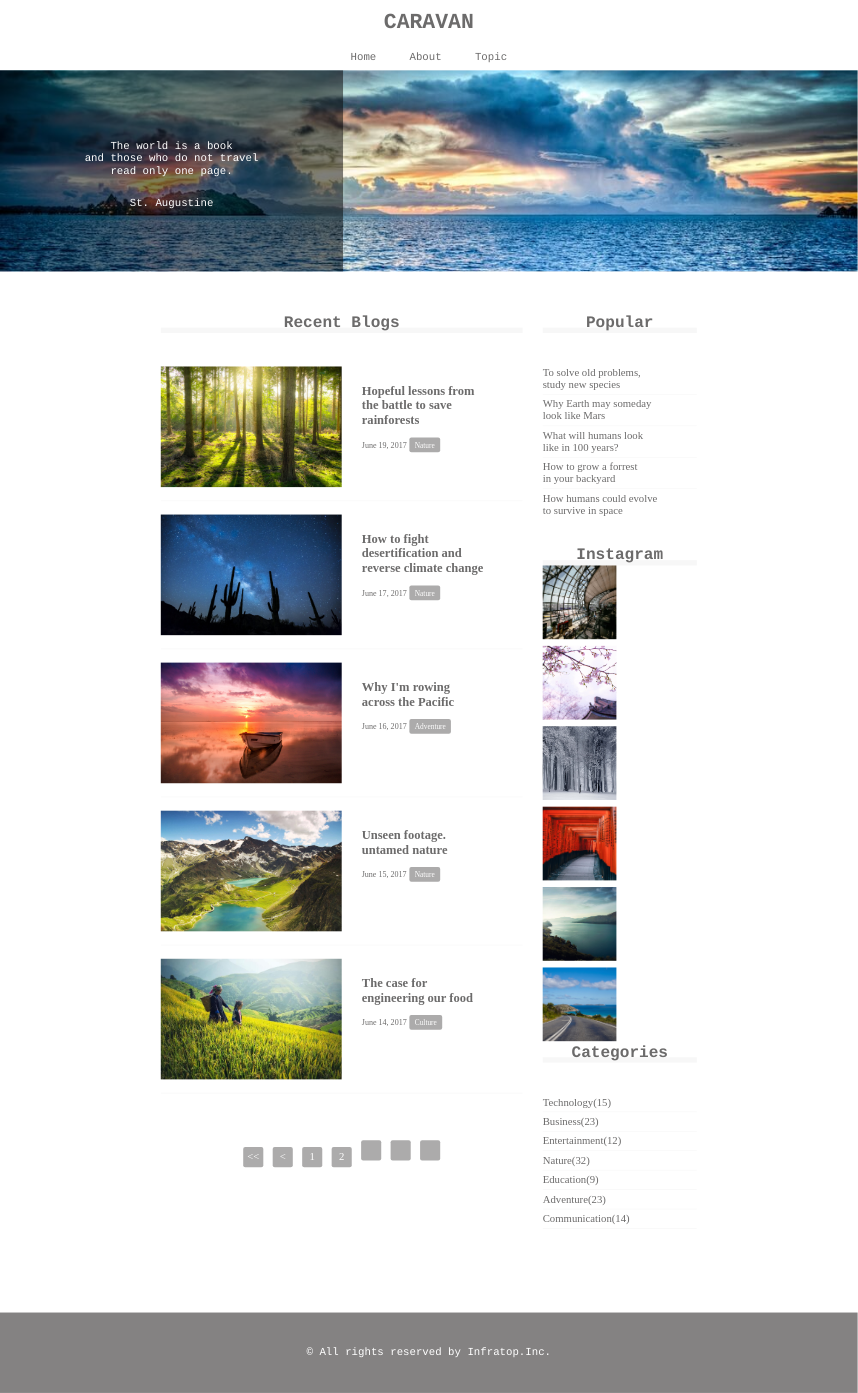
Repository: chihuyu3369/curriculum
Page: caravan/index.html
The author's editor kept a record of every edit. The page is drawn from the files as they stood at one moment, then again after the next edit.
The browser window is 1280 px wide. The pictures show the whole page, at 67% of full size.

Above is the page before.

### caravan/index.html
<html lang="ja">
  <head>
    <meta charset="UTF-8" />
    <!-- CSSファイルの読み込み -->
    <link rel="stylesheet" href="style.css" />
    <title>CARAVAN</title>
  </head>

  <body>
    <!-- header -->
    <header>
      <h1 class="heading">
        <a href="index.html">
          CARAVAN
        </a>
      </h1>
    </header>

    <!-- navigation -->
    <nav>
      <ul class="nav-list">
        <li class="nav-list-item">
          <a href="index.html">Home</a>
        </li>
          <li class="nav-list-item">About</li>
        <li class="nav-list-item">Topic</li>
      </ul>
    </nav>

    <!-- main-visual用のdiv -->
    <div class="main-visual">
      <div class="main-visual-content">

    <p class="main-visual-text">
      The world is a book<br />
      and those who do not travel<br />
      read only one page.
    </p>
    <p class="main-visual-name">
      St. Augustine
    </p>
    </div>
  </div>

    <!-- main用のdiv -->
   <main>
     <section class="blog">
       <h2 class="blog-heading">Recent Blogs</h2>
      <div class="blog-box">
       <div class="blog-item">
         <img class="blog-image" src="img/forest.jpg">
         <section class="blog-text">
           <h3 class="blog-text-heading">
             <a href="single.html">
               Hopeful lessons from<br>
               the battle to save<br>
               rainforests
              </a>
            </h3>
            <p class="blog-date">June 19, 2017</p>
            <span class="category">Nature</span>
          </section>
        </div>
       <div class="blog-item">
         <img class="blog-image" src="img/desert.jpg">
         <section class="blog-text">
           <h3 class="blog-text-heading">
             <a href="single.html">
               How to fight<br>
               desertification and<br>
               reverse climate change
              </a>
            </h3>
            <p class="blog-date">June 17, 2017</p>
            <span class="category">Nature</span>
          </section>
        </div>
       <div class="blog-item">
         <img class="blog-image" src="img/sunset.jpg">
         <section class="blog-text">
           <h3 class="blog-text-heading">
             <a href="single.html">
               Why I'm rowing<br>
               across the Pacific
              </a>
            </h3>
            <p class="blog-date">June 16, 2017</p>
            <span class="category">Adventure</span>
          </section>
          </div>
       <div class="blog-item">
         <img class="blog-image" src="img/italy.jpg">
         <section class="blog-text">
           <h3 class="blog-text-heading">
             <a href="single.html">
               Unseen footage.<br>
               untamed nature
              </a>
            </h3>
            <p class="blog-date">June 15, 2017</p>
            <span class="category">Nature</span>
          </section>
          </div>
       <div class="blog-item">
         <img class="blog-image" src="img/asia.jpg">
         <section class="blog-text">
           <h3 class="blog-text-heading">
             <a href="single.html">
               The case for<br>
               engineering our food
              </a>
            </h3>
            <p class="blog-date">June 14, 2017</p>
            <span class="category">Culture</span>
          </section>
          </div>
         </div>
          <div class="pagination">
            <p><<</p>
            <p><</p>
            <p>1</p>
            <p>2</p>
            <p></p>
            <p></p>
            <p></p>
     </section>
     <div class="sidebar">
       <section class="popular">
         <h2 class="popular-heading common-heading">Popular</h2>
         <div class="sidebar-contents">
           <p class="popular-text">To solve old problems,<br>
           study new species</p>
           <p class="popular-text">Why Earth may someday<br>
           look like Mars</p>
           <p class="popular-text">What will humans look<br>
           like in 100 years?</p>
           <p class="popular-text">How to grow a forrest<br>
           in your backyard</p>
           <p class="popular-text">How humans could evolve<br>
           to survive in space</p>
          </div>
        </section>
        <section class="instagram">
          <h2 class="instagram-heading common-heading">Instagram</h2>
          <div class="sidebar-contens">
            <div class="instagram-box"></div>
            <div class="instagram-box"></div>
            <div class="instagram-box"></div>
            <div class="instagram-box"></div>
            <div class="instagram-box"></div>
            <div class="instagram-box"></div>
          </div>
        </section>
        <section class="categories">
          <h2 class="categories-heading common-heading">Categories</h2>
          <div class="sidebar-contents">
            <p class="categories-text">Technology(15)</p>
            <p class="categories-text">Business(23)</p>
            <p class="categories-text">Entertainment(12)</p>
            <p class="categories-text">Nature(32)</p>
            <p class="categories-text">Education(9)</p>
            <p class="categories-text">Adventure(23)</p>
            <p class="categories-text">Communication(14)</p>
          </div>
        </section>
      </div>
    </main>

    <!-- footer -->
    <footer>
      <p class="footer-text">© All rights reserved by Infratop.Inc.</p>
    </footer>
  </body>
</html>

### caravan/style.css
* {
  margin: 0;
  padding: 0;
  box-sizing: border-box;
  color: #6c6b6b;
}

a {
  text-decoration: none;
}

header,nav,h2,.main-visual,footer {
  font-family: Chalkduster, "Bradley Hnnd", Courier, "Segoe Print", sans-serif;
}

header {
  width: 90%; /* 横幅90% */
  padding: 15px 0;
  margin: 0 auto;
  text-align: center;
  position: relative;
}

.social i {
  display: inline-block;
  margin-left: 20px;
}

.social {
  position: absolute;
  top: 22px;
  right: 22px;
}

header .heading { /* headerタグ内のheadingクラスにのみ反映される */
  font-size: 32px;
}

.nav-list {
  text-align: center;
  padding: 10px 0;
  margin: 0 auto;
}

.nav-list-item {
  list-style: none;
  display: inline-block;
  margin: 0 20px;
}

.main-visual {
  width: 100%; /* 横幅いっぱい */
  height: 300px; /* 高さ300px */
  background-image: url(img/mv.jpg);
  background-size:cover;
  background-position:center;
}

.main-visual-content {
  width: 40%; /* 横幅350px */
  height: 300px; /* 親の高さに揃える */
  background-color: rgba(0,0,0,0.5);
  text-align:center;
  padding-top:105px;
}

.main-visual-text {
  color:#fff;
}

.main-visual-name {
  margin-top:30px;
  color:#fff;
}

main {
  width:800px;
  display: flex;
  justify-content: center;
  margin: 0 auto;
  padding: 70px 0;
}

.blog {
  width:540px;
  margin-right:30px;
}

.blog-heading {
  border-bottom:8px solid #f7f7f7;
  text-align: center;
  line-height:0.6;
}

.blog-box {
  padding-top: 50px;
}

.blog-item {
  padding-bottom:20px;
  margin-bottom:20px;
  border-bottom:1px solid #f7f7f7;
  display: flex;
  justify-content: flex-start;
}

.blog-image {
  height:180px;
}

.blog-text {
  padding: 25px 0 0 30px;
}

.blog-text-heading {
  padding-bottom: 15px;
}
.blog-date {
  font-size:12px;
  display: inline-block;
}
.category {
  display:inline-block;
  padding:5px 8px;
  background-color:#acabab;
  border-radius:3px;
  color:#fff;
  font-size:11px;
}

.pagination {
  text-align: center;
  padding-top: 50px;
}

.pagination p {
  display: inline-block;
  width: 30px;
  height: 30px;
  margin: 0 5px;
  color: #fff;
  background-color: #acabab;
  border-radius: 3px;
  line-height: 30px;
}

.sidebar {
 width:230px;
}

.common-heading {
  border-bottom: 8px solid #f7f7f7;
  text-align:center;
  line-height:0.6;
}

.sidebar-contents {
  padding:50px 0;
}

.popular-text,
.categories-text {
  padding-bottom:5px;
  border-bottom: 1px solid #f7f7f7;
  margin-bottom: 5px;
}

.popular-text:last-child,
categories-text:last-child {
  margin: 0;
  padding: 0;
  border: none;
}

.instagram .sidebar-contents {
  display: flex;
  flex-wrap: wrap;
}

.instagram-box {
  width: 110px;
  padding-top: 110px;
  background-size: cover;
  background-position: center;
  margin-bottom: 10px;
}

.instagram-box:nth-chils(odd) {
  margin: 0 10px 10px 0;
}

.instagram-box:nth-child(1) {
  background-image: url(img/airport.jpg);
}

.instagram-box:nth-child(2) {
  background-image: url(img/japan.jpg)
}

.instagram-box:nth-child(3) {
  background-image: url(img/snow.jpg);
}

.instagram-box:nth-child(4) {
  background-image: url(img/japan2.jpg);
}

.instagram-box:nth-child(5) {
  background-image: url(img/lake.jpg);
}

.instagram-box:nth-child(6) {
  background-image: url(img/road.jpg);
}



footer {
  width: 100%;
  height: 120px;
  text-align: center;
  line-height: 120px;
  background-color: #848282;
}

.footer-text {
  color: #fff;
}

@media screen and (max-width: 425px) {
  header {
    width:100%;
  }

  .nav-list {
    width:100%;
  }

  .nav-list-item {
    width:100%;
    margin: 0 0 10px 0;
  }

  .main-visual {
    width:100%;
  }

  .main-visual-content {
    width:100%;
  }

  .social {
    display: none;
  }

  main {
    width:100%;
    display:block;
  }

  .blog-heading {
    width: 100%;
    margin-left: 100px;
  }

  .blog {
    width:50%;
    margin: 0;
  }

  .blog-box {
    padding-left: 5px;
    padding-right: 5px;
  }

  .category {
    display: none;
  }

  .blog-text {
    width: 50%;
    padding-top: 5px;
    font-size: 13px;
  }

  .blog-image {
    width:200px;
  }

  .sidebar-contents {
    padding-left: 3%;
    padding-right: 3%;
  }

  .instagram-box {
    width: 48%;
    padding-top: 48%;
  }

  .instagram-box:nth-child(odd) {
    margin-right: 4%;
  }

  .pagination {
    margin-bottom: 50px;
  }

  .instagram {
    width: 100%;
    margin-left: 100px;
  }


  .categories {
    width: 100%;
    margin-left: 100px;
  }
}

After the next edit:
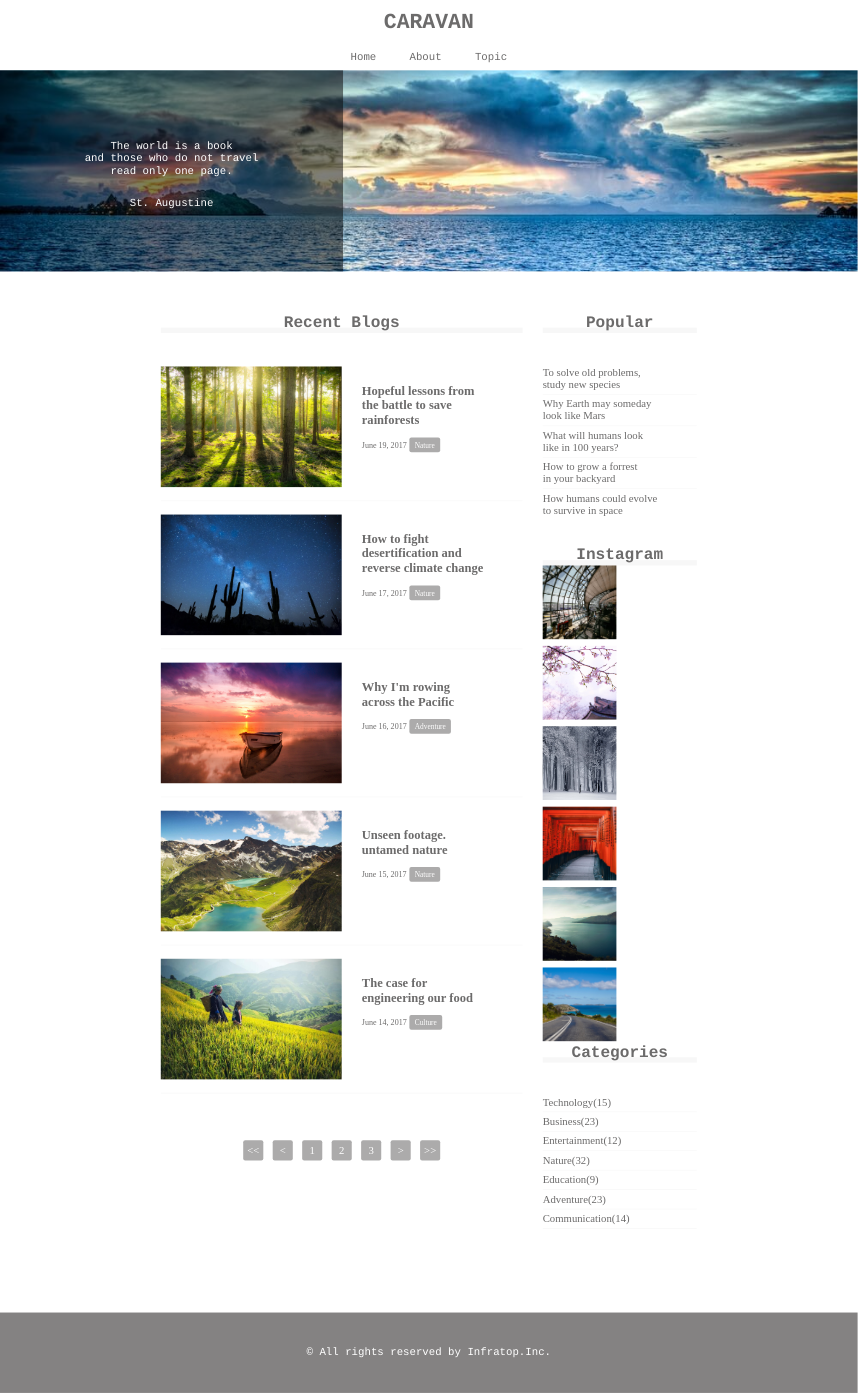
The edit:
--- a/caravan/index.html
+++ b/caravan/index.html
@@ -120,9 +120,10 @@
             <p><</p>
             <p>1</p>
             <p>2</p>
-            <p></p>
-            <p></p>
-            <p></p>
+            <p>3</p>
+            <p>></p>
+            <p>>></p>
+          </div>
      </section>
      <div class="sidebar">
        <section class="popular">
